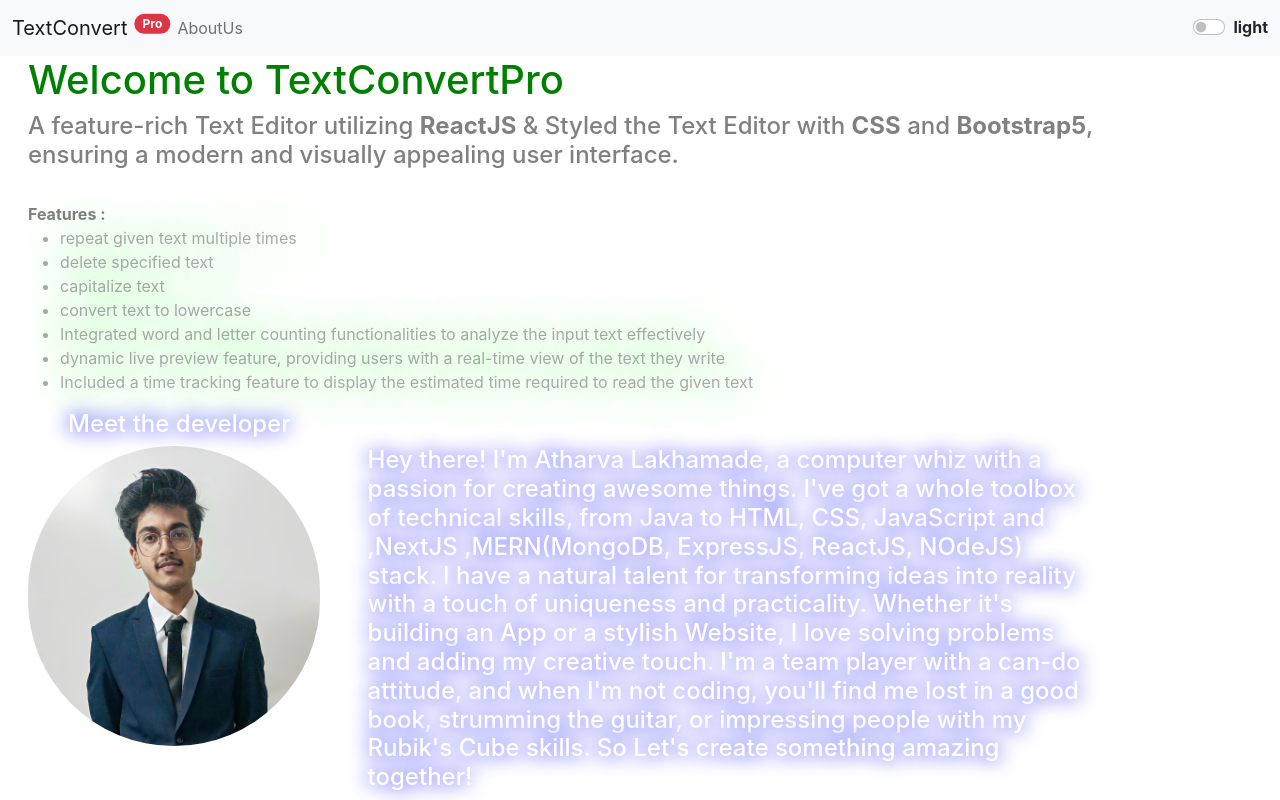
Repository: atha2810/TextConvertPro
Page: /about
These files come from the project's save history. The page is drawn as it stood at one moment and after a run of saves; the edit follows.
The browser window is 1280 px wide. The pictures show the whole page.
The project was rebuilt for these pictures with package versions that can differ from the ones it lists, and the page was loaded fresh each time. Also part of the build but not shown: src/TextForm.js.

Above is the page before, as saved 2024-07-25 19:32:10.

After the next 6 saves:
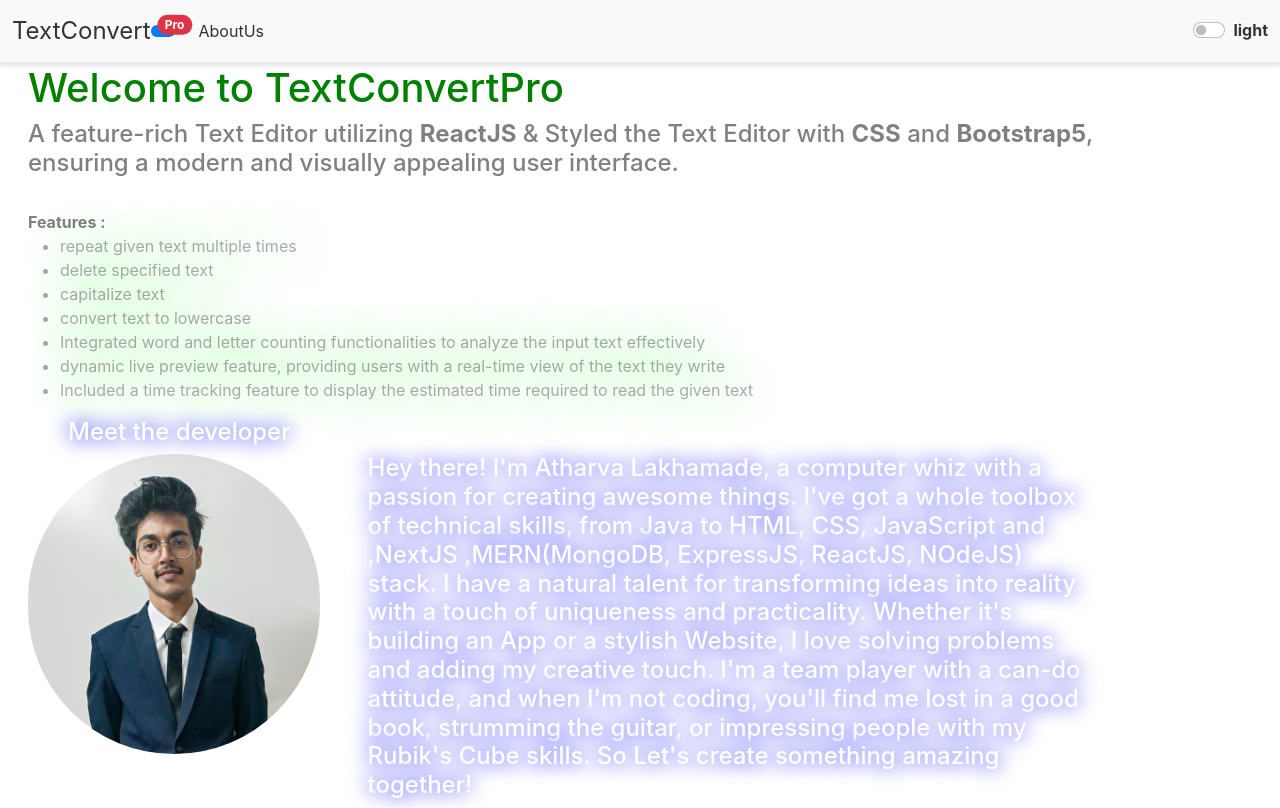
The 6 saves are shown as one change because they came seconds apart.
The last was saved 20 s later.
--- a/src/components/Navbar.js
+++ b/src/components/Navbar.js
@@ -1,6 +1,6 @@
 import React from "react";
 import { Link } from "react-router-dom";
-
+import "../css/Navbar.css";
 export default function Navbar(props) {
   return (
     <nav
